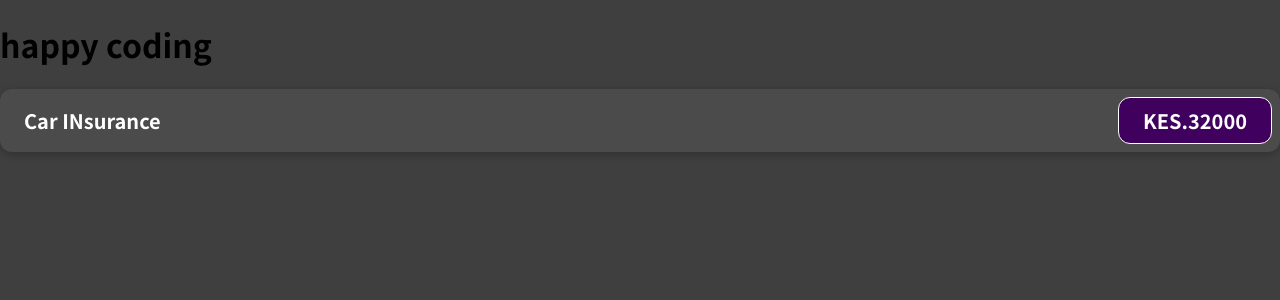
Repository: Samkiroko/expense-tracker-react
Page: /
The author's editor kept a copy of each file at every save. The page is drawn from the files as they stood at one save, then again after the next save.
The browser window is 1280 px wide. The pictures show the whole page.
The project was rebuilt for these pictures with package versions that can differ from the ones it lists, and the page was loaded fresh each time.

Above is the page before, as saved 2021-06-08 10:42:49.

After the next save:
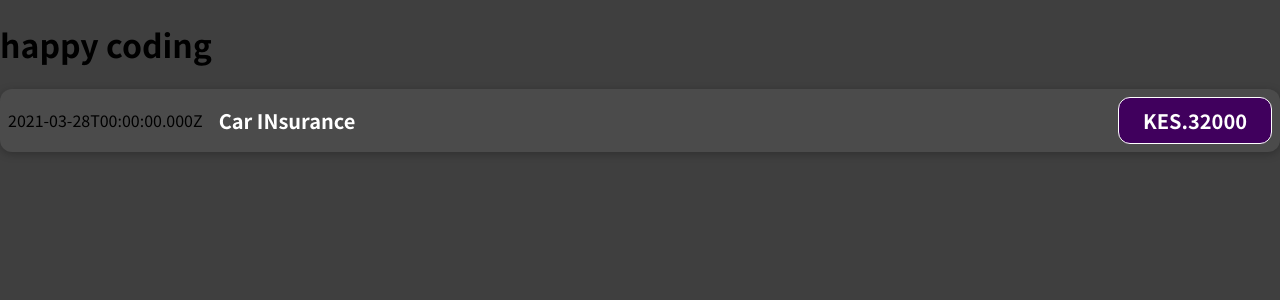
Saved 19 s later.
--- a/src/components/ExpenseItem.js
+++ b/src/components/ExpenseItem.js
@@ -7,7 +7,7 @@ function ExpenseItem() {
   const expenseAmount = 32000
   return (
     <div className='expense-item'>
-      <div>{expenseDate.toISOString}</div>
+      <div>{expenseDate.toISOString()}</div>
       <div className='expense-item__description'>
         <h2>{expenseTitle}</h2>
         <div className='expense-item__price'>KES.{expenseAmount}</div>
